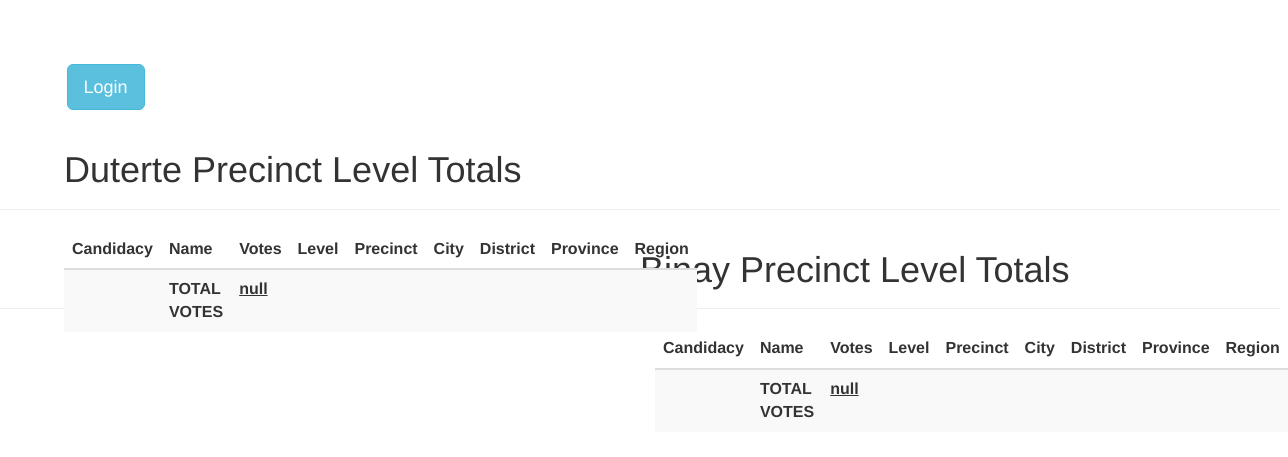
Repository: acbalutan/softdev-cencas-team_apink
Page: http://localhost/AES/
The author's editor kept a copy of each file at every save. The page is drawn from the files as they stood at one save, then again after the next save.
The browser window is 1280 px wide. The page is 1288 px wide, then 1280 px, then 1288 px, so the pictures cover 1288 px, including what lies to the right of the window. The pictures show the whole page.
The page is served by Tomcat 9. Queries for data that is not in the repository find no rows.

Above is the page before, as saved 2016-02-26 10:59:04.
Console error (its wording comes from the project's code and is left out).

After the next save:
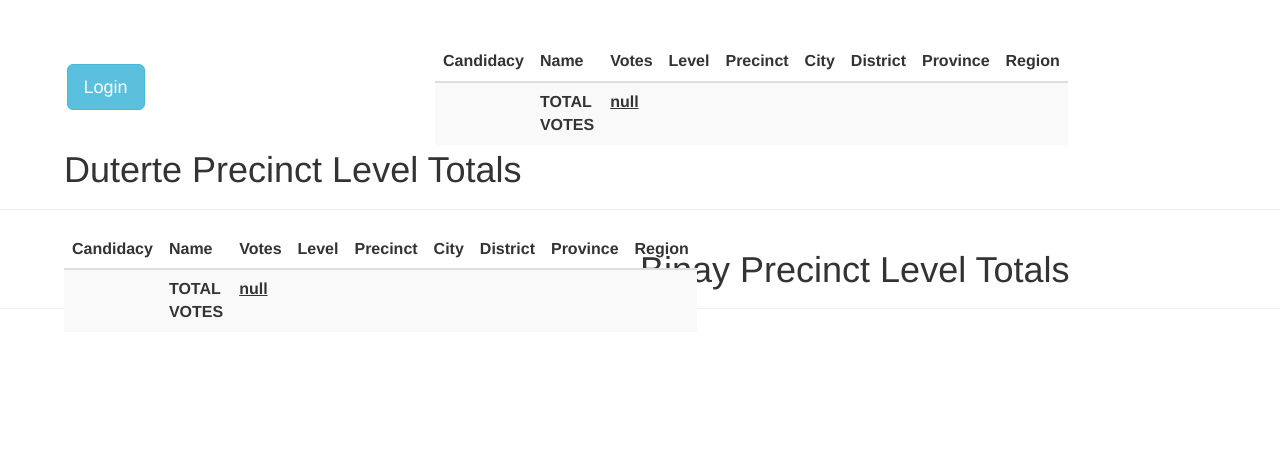
Saved 35 s later.
--- a/workspace/AES/WebContent/index.jsp
+++ b/workspace/AES/WebContent/index.jsp
@@ -83,7 +83,7 @@
 	<h1>Binay Precinct Level Totals</h1>
 </div>
 
-<div class="col-md-6" style="">
+<div class="col-md-6" style="position: absolute; top: 3em; left: 30em;">
 	<table class="table table-striped">
     	<thead>
               <tr>

After the save that followed:
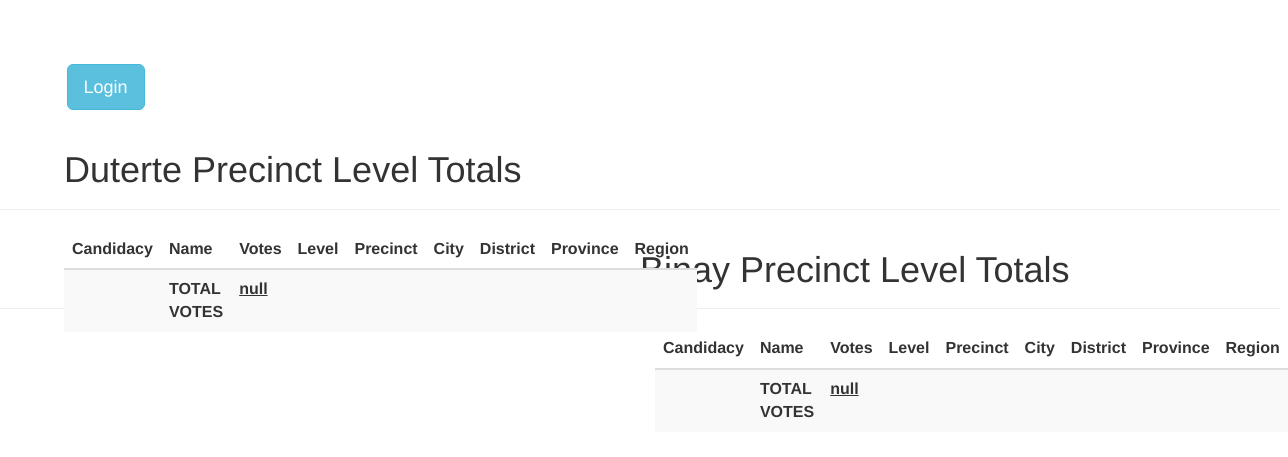
Saved 19 s later.
--- a/workspace/AES/WebContent/index.jsp
+++ b/workspace/AES/WebContent/index.jsp
@@ -83,7 +83,7 @@
 	<h1>Binay Precinct Level Totals</h1>
 </div>
 
-<div class="col-md-6" style="position: absolute; top: 3em; left: 30em;">
+<div class="col-md-6">
 	<table class="table table-striped">
     	<thead>
               <tr>
